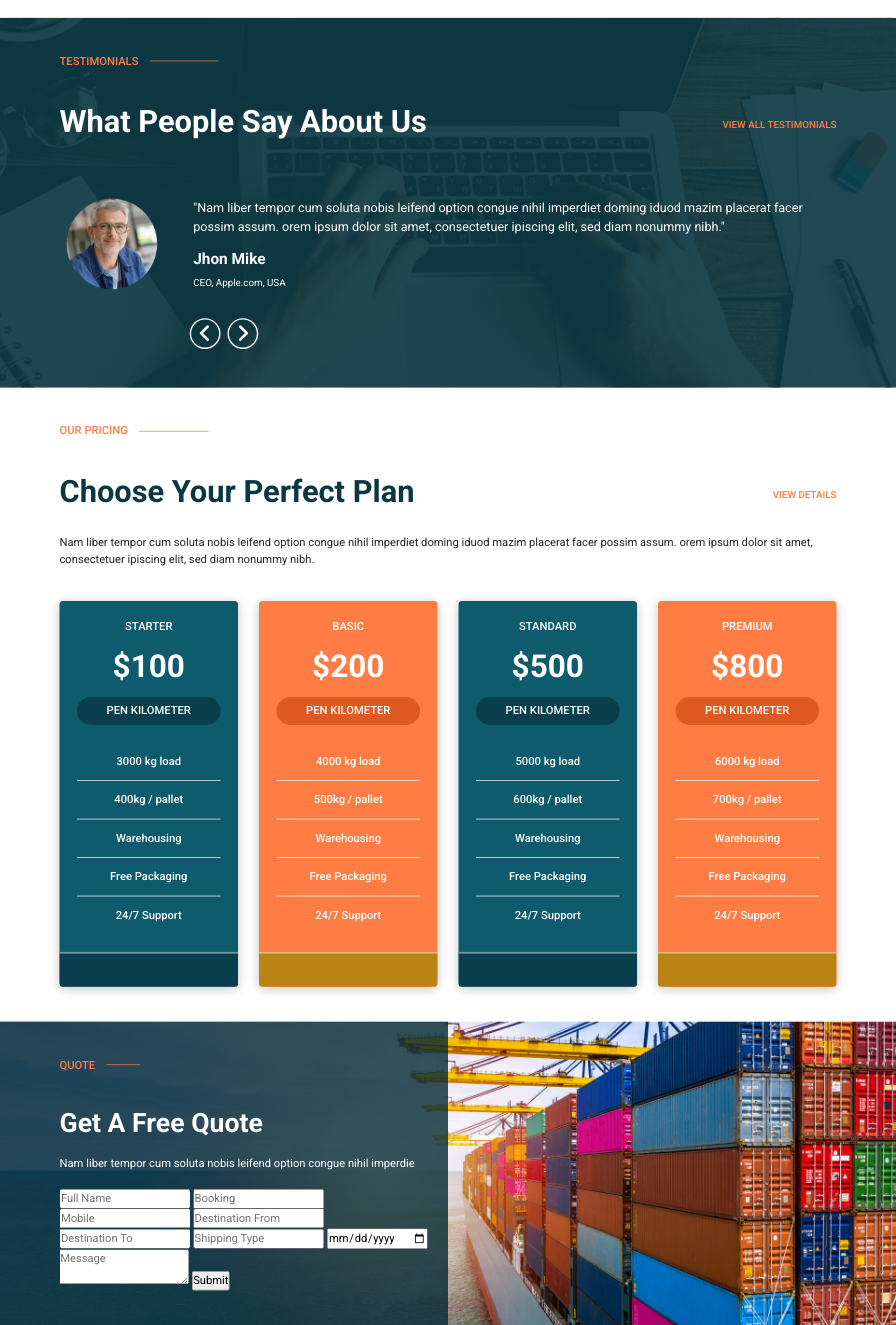
Repository: nazmulalok/shipping-theme
Page: index.html
The author's editor kept a copy of each file at every save. The page is drawn from the files as they stood at one save, then again after the next save.
The browser window is 1280 px wide. The pictures show the part of the page from y = 3182 to 5102 px (the page is 5075 px tall before and 5102 px after), at 70% of full size.
Some web libraries are served in a nearby version.

Above is the page before, as saved 2022-10-09 17:03:56.

After the next save:
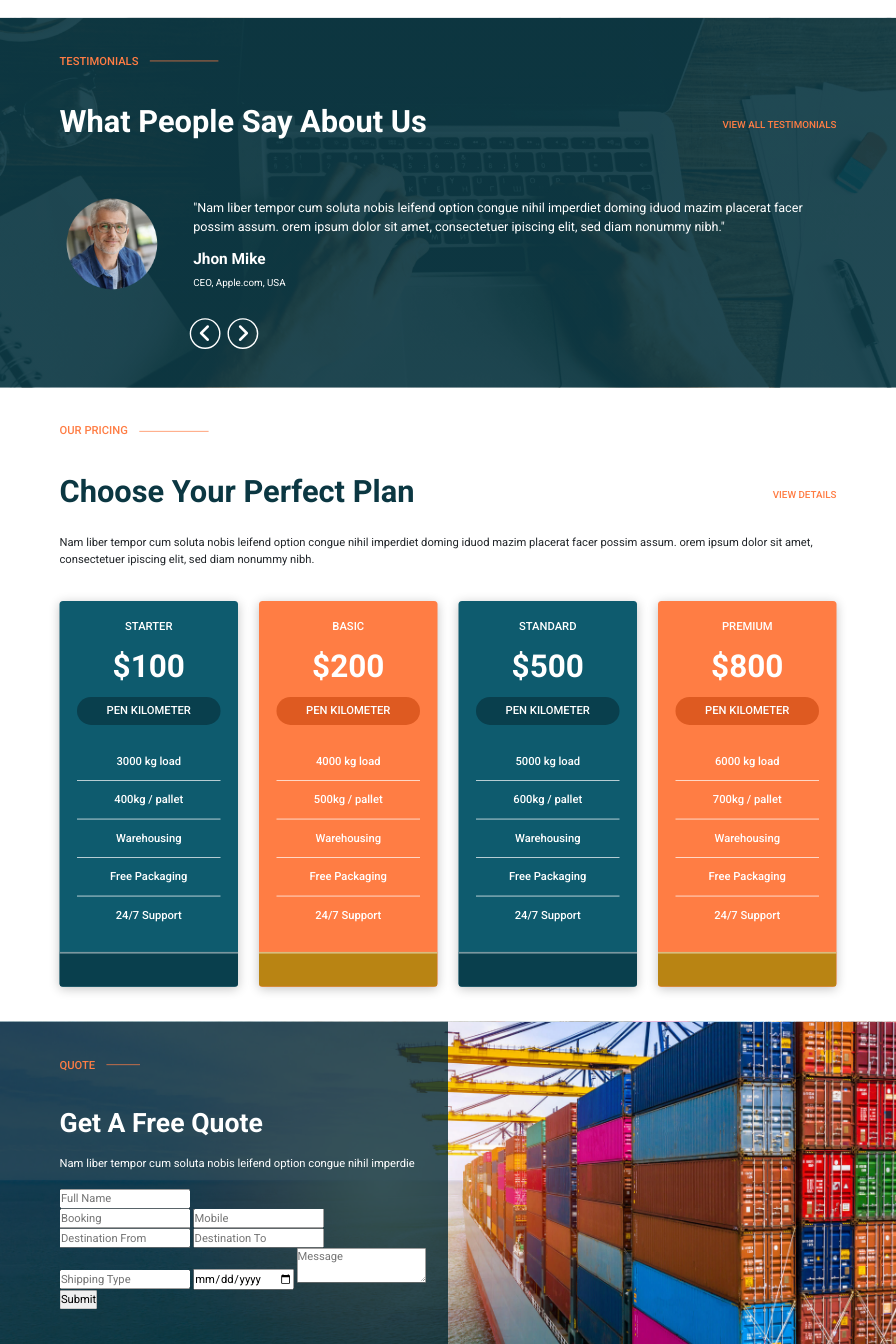
Saved 4 min 17 s later.
--- a/index.html
+++ b/index.html
@@ -445,8 +445,10 @@
                         <div class="form-holder">
                             <form action="#">
                                 <input type="text" id="fname" name="fname" placeholder="Full Name">
-                                <input type="text" id="lname" name="lname" placeholder="Booking">
-                                <input type="text" id="lname" name="lname" placeholder="Mobile">
+                                <div class="form-item">
+                                    <input type="text" id="lname" name="lname" placeholder="Booking">
+                                    <input type="text" id="lname" name="lname" placeholder="Mobile">
+                                </div>
                                 <input type="text" id="lname" name="lname" placeholder="Destination From">
                                 <input type="text" id="lname" name="lname" placeholder="Destination To">
                                 <input type="text" id="lname" name="lname" placeholder="Shipping Type">
